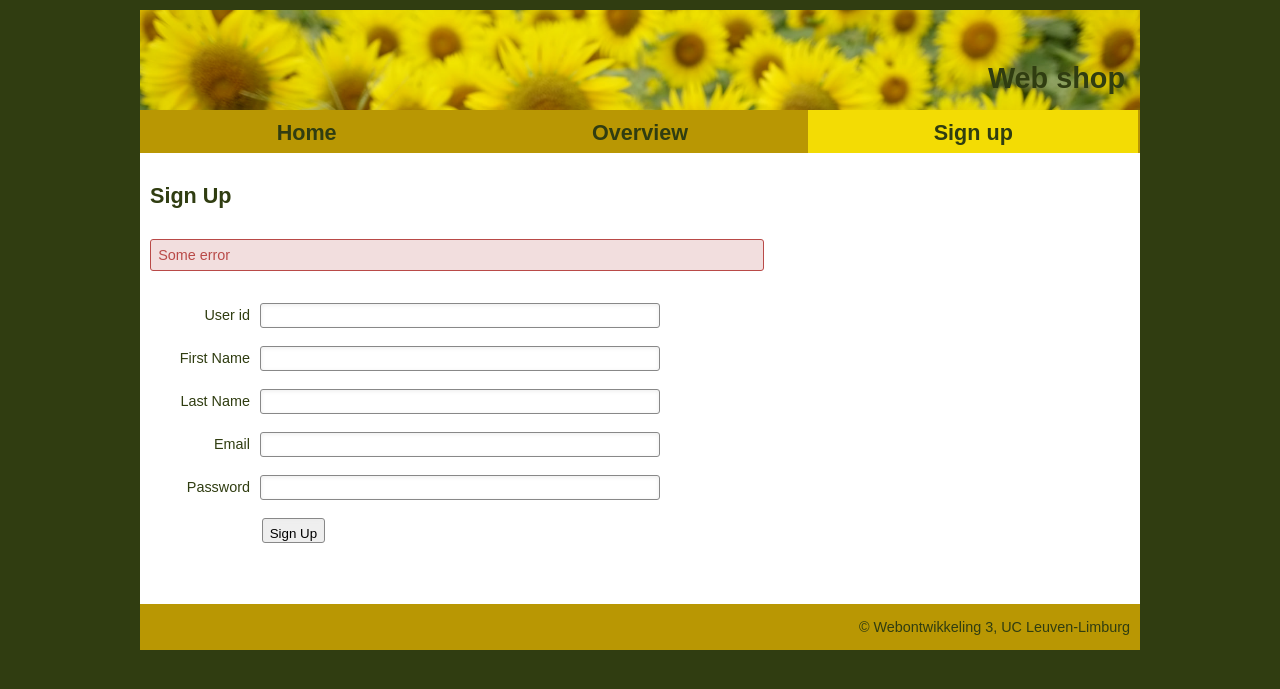
Repository: MarieVerdonck/Web-Shop---Exercises-WebDevelopment-3
Page: http://localhost/Web3_Lab1/signUp.jsp
The author's editor kept a copy of each file at every save. The page is drawn from the files as they stood at one save, then again after the next save.
The browser window is 1280 px wide. The pictures show the whole page.
The page is served by Tomcat 9. Other server files are loaded and not shown.

Above is the page before, as saved 2017-10-01 02:52:00.

### Web3_Lab1/WebContent/signUp.jsp
<%@ page language="java" contentType="text/html; charset=UTF-8"
    pageEncoding="UTF-8"%>
<!DOCTYPE html>
<html>
<head>
<meta name="viewport" content="width=device-width, initial-scale=1" />
<meta charset="UTF-8">
<title>Sign Up</title>
<link rel="stylesheet" type="text/css" href="css/style.css">
</head>
<body>
<div id="container">
<header>
<h1><span>Web shop</span></h1>
<nav>
<ul>
<li><a href="Controller">Home</a></li>
<li><a href="Controller?action=overview">Overview</a></li>
<li id="actual"><a href="Controller?action=signUp">Sign up</a></li>
</ul>
</nav>
<h2>
Sign Up
</h2>

</header><main>
	<div class="alert-danger">
		<ul>
			<li>Some error</li>
		</ul>
	</div>

    <form method="post" action="" novalidate="novalidate">
    	<!-- novalidate in order to be able to run tests correctly -->
        <p><label for="userid">User id</label><input type="text" id="userid" name="userid"
         required value=""> </p>
        <p><label for="firstName">First Name</label><input type="text" id="firstName" name="firstName"
         required value=""> </p>
        <p><label for="lastName">Last Name</label><input type="text" id="lastName" name="lastName"
         required value=""> </p>
        <p><label for="email">Email</label><input type="email" id="email" name="email" required value=""></p>
        <p><label for="password">Password</label><input type="password" id="password"  name="password"
         required> </p>
        <p><input type="submit" id="signUp" value="Sign Up"></p>

    </form>
</main>
<footer>
&copy; Webontwikkeling 3, UC Leuven-Limburg
</footer>
</div>
</body>
</html>

### Web3_Lab1/WebContent/css/style.css
@CHARSET "UTF-8";
* {
	margin:0;
	padding: 0;
}

body {
	font-family: arial,sans-serif;
	font-size: 90%;
	color: #303d11;
	background-color: #303d11;
}

div#container {
	background-color: #FFF;
	margin: auto;
	margin-top: 10px;
}

footer {
	background-color: #b99703;
}

nav ul {
	list-style: none;
	background-color: #b99703;
	box-sizing: border-box;
	margin-bottom: 1em;
}

nav ul li {
	height: 2em;
	font-size: 150%;
	font-weight: bold;
	padding: 10px;
	width: 100%;
	box-sizing: border-box;
}

nav ul li a{
	color: #303d11;
	text-decoration: none;
	display: block;
}

nav ul li#actual {
	background-color: #f3dc04;
}


h2, main, footer {
	padding: 15px 10px;
}

h1 {
	background-image: url("../images/bannerKlein.png");
	height: 100px;
	background-repeat: no-repeat;
	background-size: cover;
	position: relative;
}

h1 span {
	position: absolute;
	right: 15px;
	bottom: 15px;
}

th,td {
	padding: 0.6em 1.2em 0 0;
	text-align: left;
	vertical-align: top;
}

table caption {
	display: none;
}

form {
    margin: 30px 0;
}

.alert-danger {
    padding: 0.5em;
    background-color: #f2dede;
    border: 1px solid #b94a48;
    color: #b94a48;
    border-radius: 3px;
    width: 100%
    margin-bottom: 1em;
    box-sizing: border-box;
}
.alert-danger ul {
    list-style-type: none;
}
label,input,textarea {
    margin-bottom: 16px;
}
input,textarea {
    border: 1px solid #888;
    margin: 2px 0 16px 0;
    outline: 0 none;
    padding: 0.5em;
    line-height:15px;
    border-radius: 3px;
    box-shadow: inset 0px 1px 4px #ECECEC;
    box-sizing: border-box;
}
.has-error {
    color: #b94a48;
    border-color: #b94a48;
    box-shadow: inset 0px 1px 4px #d59392;
}


/* mobile first */
div#container {
	width: 95%;
}

nav ul li {
	display: block;
	border-bottom: 1px solid #303d11;
}

nav ul li:first-child {
	border-top: 1px solid #303d11;
}

label,input,textarea {
    display: block;
}
input[type="text"], input[type="email"], textarea {
    width: 100%;
}
input {
    height: 25px;
}


/* desktop */
@media screen and (min-width: 650px) {
	div#container {
	max-width: 1000px;
	}
	h1 {
	background-image: url("../images/banner.png");
	}

	nav ul {
  	display: -webkit-box;  /* OLD - iOS 6-, Safari 3.1-6, BB7 */
  	display: -ms-flexbox;  /* TWEENER - IE 10 */
  	display: -webkit-flex; /* NEW - Safari 6.1+. iOS 7.1+, BB10 */
	display: flex;
	-webkit-flex-direction: row;
	-ms-flex-direction: row;
	flex-direction: row;
	box-sizing: border-box;
	}

	nav ul li {
	width: 33%;
	margin: auto;
	border: none;
	}
	nav ul li:first-child {
	border: none;
	}
	nav ul li a {
	text-align: center;
	}
	footer {
	text-align: right;
	}
	    .alert-danger {
        width: 614px;
    }
    label,input,textarea {
        display: inline-block;
    }
    label {
        width: 100px;
        text-align: right;
        margin-right: 10px;
    }
    input[type="text"], input[type="email"], input[type="password"], textarea{
        width: 400px;
    }
    input[type="submit"] {
        margin-left: 112px;
    }
    textarea {
        vertical-align: middle;
    }


}

/*
d3bb03 green
977007 brown
303d11 black
f3dc04 yellow
*/

### Web3_Lab1/WebContent/head.jspf

<head>
<meta name="viewport" content="width=device-width, initial-scale=1" />
<meta charset="UTF-8">
<title>Overview</title>
<link rel="stylesheet" type="text/css" href="css/style.css">
</head>

### Web3_Lab1/WebContent/header.jsp
<header>
	<h1><span>Web shop</span></h1>
		<nav>
		<ul>
			<li><a href="Controller">Home</a></li>
			<li id="actual"><a href="Controller?action=overview">Overview</a></li>
			<li><a href="Controller?action=signUp">Sign up</a></li>
		</ul>
	</nav>
	<h2>${param.title}</h2>

</header>

After the next save:
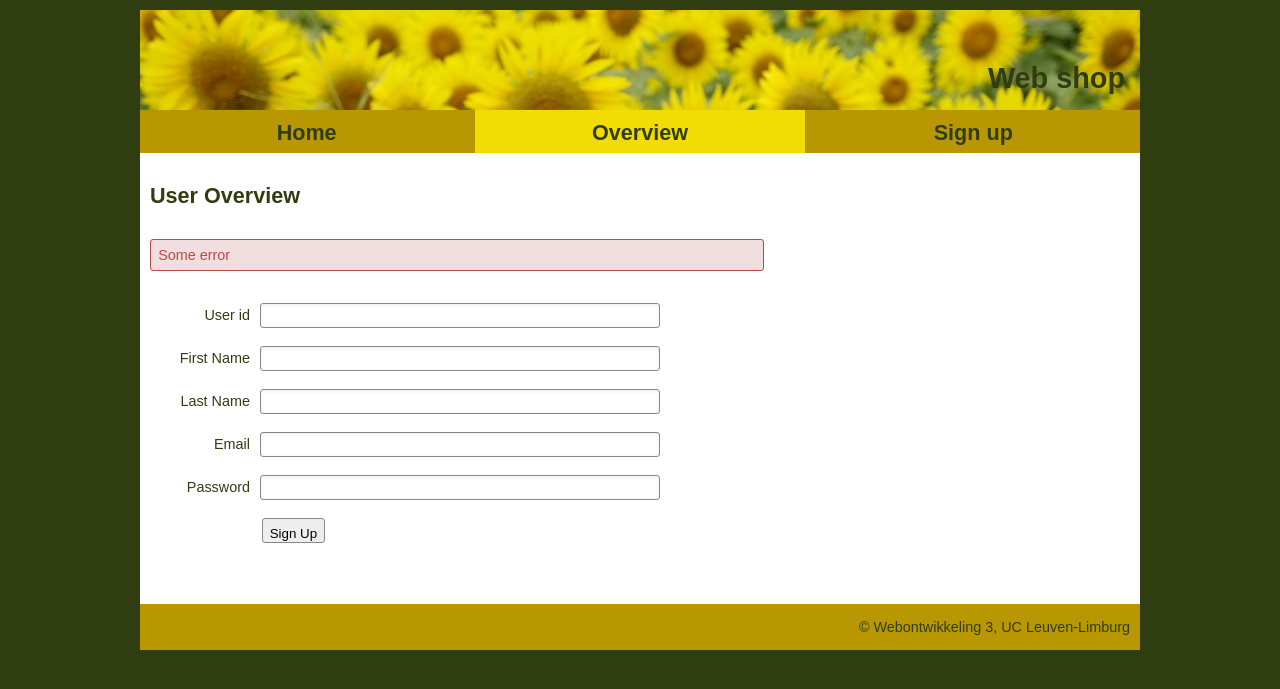
Saved 3 min 50 s later.
--- a/Web3_Lab1/WebContent/signUp.jsp
+++ b/Web3_Lab1/WebContent/signUp.jsp
@@ -2,28 +2,13 @@
     pageEncoding="UTF-8"%>
 <!DOCTYPE html>
 <html>
-<head>
-<meta name="viewport" content="width=device-width, initial-scale=1" />
-<meta charset="UTF-8">
-<title>Sign Up</title>
-<link rel="stylesheet" type="text/css" href="css/style.css">
-</head>
+<jsp:include page="head.jspf"/>
 <body>
-<div id="container">
-<header>
-<h1><span>Web shop</span></h1>
-<nav>
-<ul>
-<li><a href="Controller">Home</a></li>
-<li><a href="Controller?action=overview">Overview</a></li>
-<li id="actual"><a href="Controller?action=signUp">Sign up</a></li>
-</ul>
-</nav>
-<h2>
-Sign Up
-</h2>
-
-</header><main>
+	<div id="container">
+		<jsp:include page="header.jsp">
+			<jsp:param name="title" value="User Overview"/>
+		</jsp:include>
+<main>
 	<div class="alert-danger">
 		<ul>
 			<li>Some error</li>
